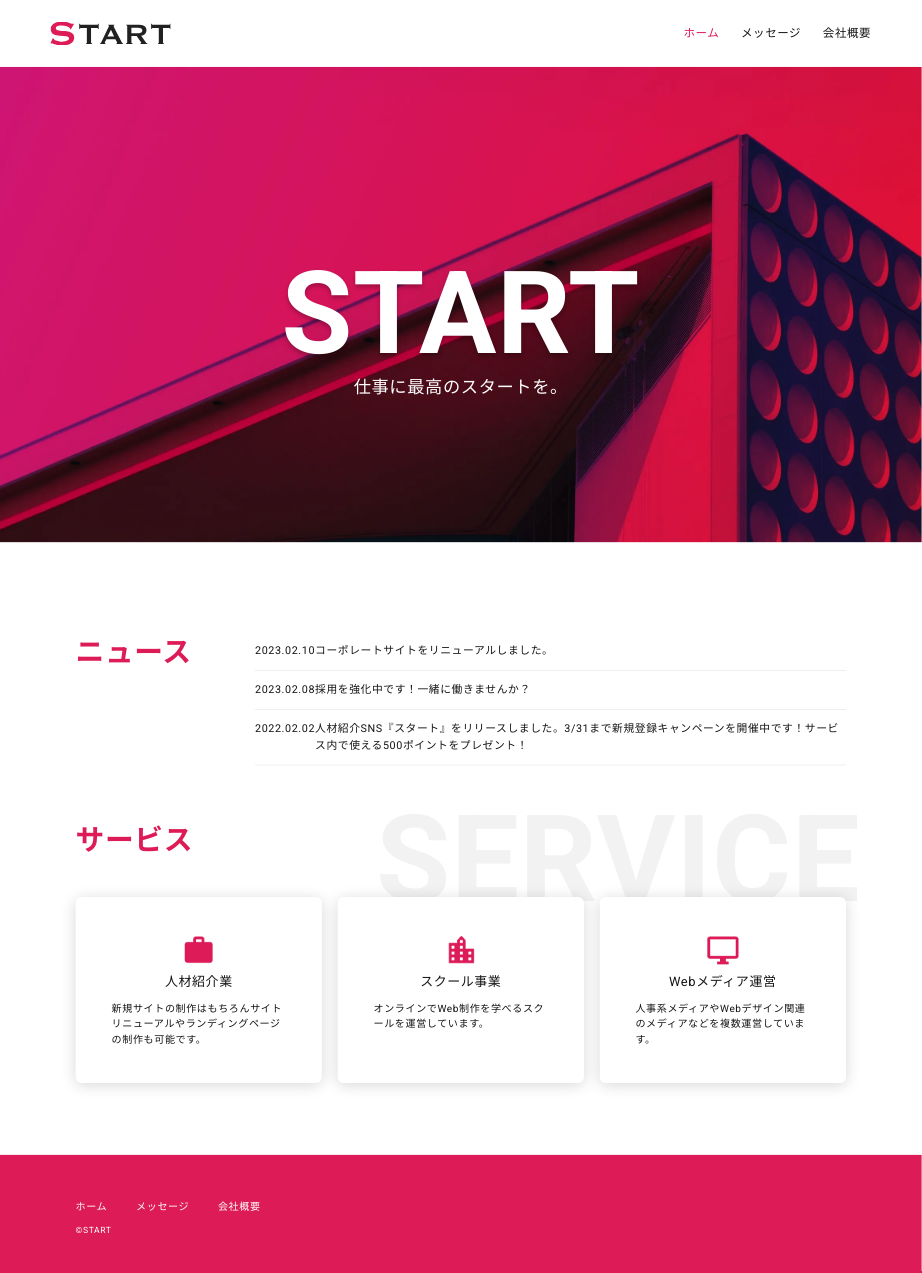
Repository: tetishi/tetishi.github.io
Page: index.html
The author's editor kept a copy of each file at every save. The page is drawn from the files as they stood at one save, then again after a run of saves.
The browser window is 1280 px wide. The pictures show the whole page, at 72% of full size.

Above is the page before, as saved 2023-07-16 21:25:33.

After the next 3 saves:
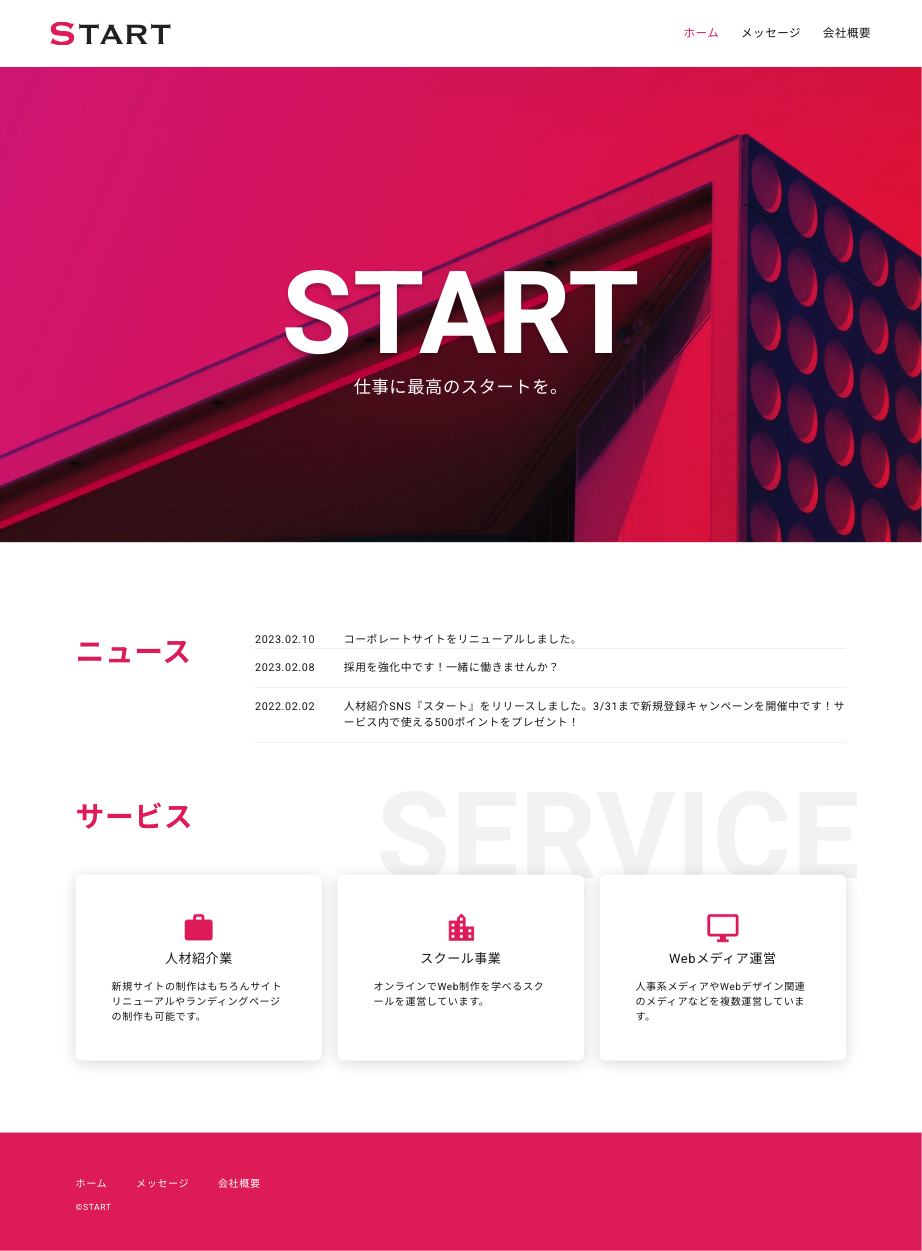
The 3 saves are shown as one change because they came seconds apart.
The last was saved 8 s later.
--- a/css/style.css
+++ b/css/style.css
@@ -112,7 +112,9 @@ a {
     display: flex;
     font-size: 1.5rem;
 }
-.news-item:fir
+.news-item:first-of-type {
+    padding: 0 0 ;
+}
 .news-item a {
     margin-left: 40px;
 }
